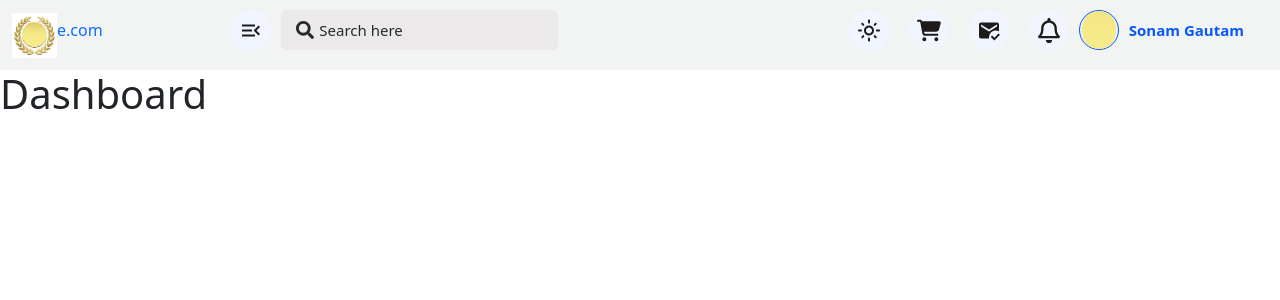
Repository: gautamsonam011/admin-react-dashboard
Page: /
The author's editor kept a copy of each file at every save. The page is drawn from the files as they stood at one save, then again after the next save.
The browser window is 1280 px wide. The pictures show the whole page.
The project was rebuilt for these pictures with package versions that can differ from the ones it lists, and the page was loaded fresh each time.

Above is the page before, as saved 2025-04-14 14:15:29.

After the next save:
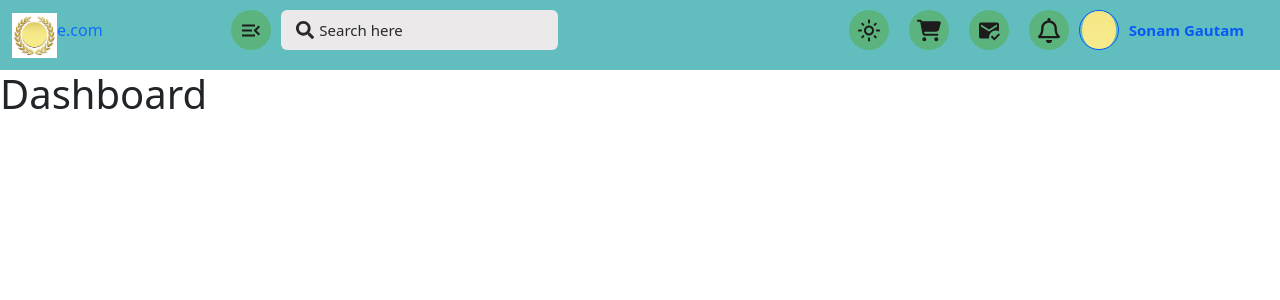
Saved 58 s later.
--- a/src/App.css
+++ b/src/App.css
@@ -2,14 +2,14 @@
 
 body{
   font-family: "Ubuntu", sans-serif;
-  background-color: #fff;
+  background-color: #f4f8f7;
 
 }
 
 header{
   width:100%;
   height: 70px;
-  background-color:#f2f3f3;
+  background-color:#62bebe;
 }
 header .logo{
   text-decoration: none;
@@ -25,7 +25,7 @@ color: coral;
 font-weight: bolder;
 font-size: 24px;
 }
-header button.rounded-circle{min-width:40px !important; width:40px !important; height: 40px !important; background-color:#f0f5ff !important; margin: 10px;}
+header button.rounded-circle{min-width:40px !important; width:40px !important; height: 40px !important; background-color:#5bb47d !important; margin: 10px;}
 header button.rounded-circle svg{color:rgb(29, 27, 27); font-size: 25px !important;}
 header button.rounded-circle:hover{color: #0858f7;}
 .searchBox{width:400px; height: 40px; background-color:#ebe9e9; border-radius: 6px;padding: 3px 15px;}
